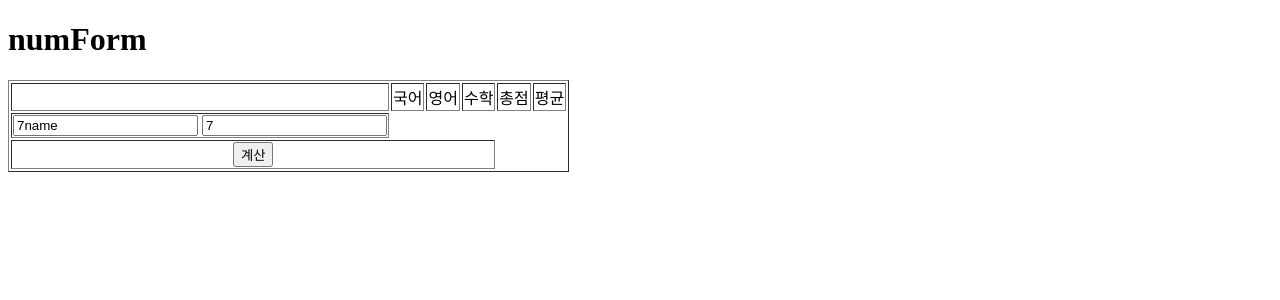
Repository: Jhoon0211/java_work
Page: http://localhost/jspProj/request/numForm2.jsp
These files come from the project's save history. The page is drawn as it stood at one moment and after the next save; the edit follows.
The browser window is 1280 px wide. The pictures show the whole page.
The page is served by Tomcat 9. Other server files are loaded and not shown.

Above is the page before, as saved 2023-07-27 09:12:21.

### jspProj/src/main/webapp/request/numForm2.jsp
<%@ page language="java" contentType="text/html; charset=UTF-8"
    pageEncoding="UTF-8"%>
<!DOCTYPE html>
<html>
<head>
<meta charset="UTF-8">
<title>Insert title here</title>
</head>
<body>
<%-- <%
	String[] korSco = request.getParameterValues("kor");
	String[] engSco = request.getParameterValues("eng");
	String[] mathSco = request.getParameterValues("math");

	// 총점
    int sum = 0; // 총점
    int num = Integer.parseInt(str); // str을 정수형으로 형변환
	sum ++; // 값을 누적


    // 평균
    int sum1 = 0;
    int avg = 0; // 짝수들의 평균 값
	int count = 0; // 개수

	for (String str : noArr) {
		int intValue = Integer.parseInt(str);
		if(intValue % 2 == 0) {  // args 값이 짝수면
			sum1 += intValue;
			count++;

		}
	}
	avg = sum1 / count;
	System.out.println("평균 : " + avg);
%> --%>
<h1>numForm</h1>
	<form action="numForm2.jsp">

		<table border="">
			<tr>
				<td></td>
				<td>국어</td>
				<td>영어</td>
				<td>수학</td>
				<td>총점</td>
				<td>평균</td>
			</tr>
			<tr>

				<% for(int i = 0; i<1; i++){ %>
				<td>
					<input type="text" name="student" value="<%=(int)(Math.random()*10) + "name" %>"/>
					<input type="text" name="student" value="<%=(int)(Math.random()*10) %>"/>
				</td>
				<% } %>
			</tr>


			<tr>
				<td colspan="4" align="center">
					<input type="submit" value="계산" />
				</td>
			</tr>
		</table>
	</form>
</body>
</html>

After the next save:
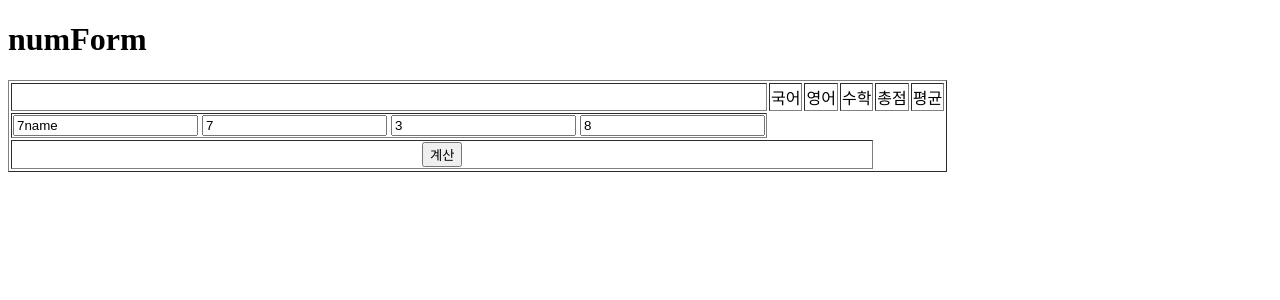
Saved 32 s later.
--- a/jspProj/src/main/webapp/request/numForm2.jsp
+++ b/jspProj/src/main/webapp/request/numForm2.jsp
@@ -52,6 +52,8 @@
 				<td>
 					<input type="text" name="student" value="<%=(int)(Math.random()*10) + "name" %>"/>
 					<input type="text" name="student" value="<%=(int)(Math.random()*10) %>"/>
+					<input type="text" name="student" value="<%=(int)(Math.random()*10) %>"/>
+					<input type="text" name="student" value="<%=(int)(Math.random()*10) %>"/>
 				</td>
 				<% } %>
 			</tr>
